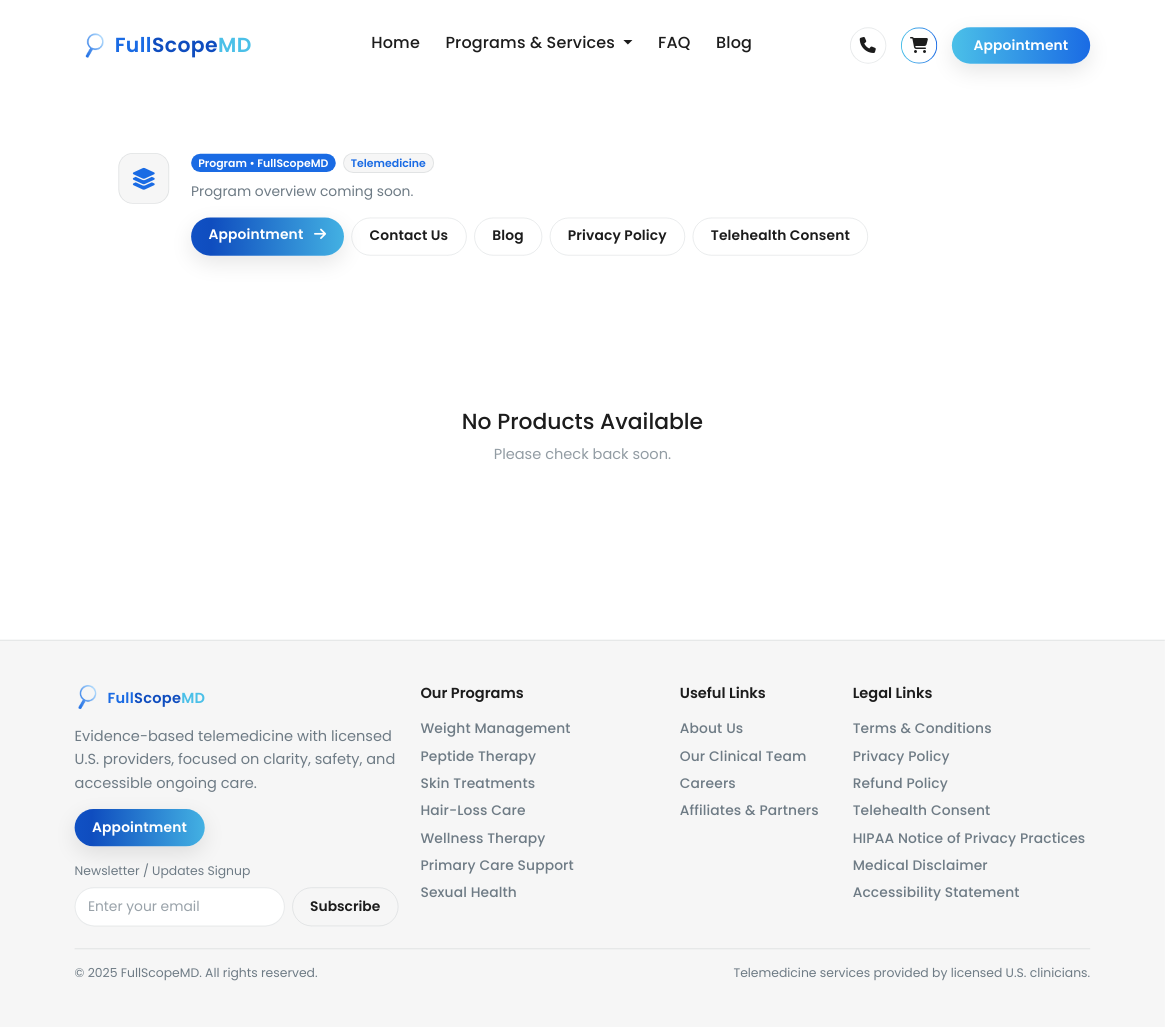
Repository: Jane-Li18/fullscopeMD
Page: app_fsMD/templates/category/prgrms_dtls.html
An editor plug-in stored every save of this project. The page is shown before and after the next save, followed by the edit.
The browser window is 1280 px wide. The pictures show the whole page, at 91% of full size.
The page is served by the project's application, run on Django 5.2 (manage.py). The page reads the database file committed with the project. The template is opened directly, without the code that normally fills it, so the values that code supplies are empty.

Above is the page before, as saved 2025-12-20 00:11:08.

After the next save:
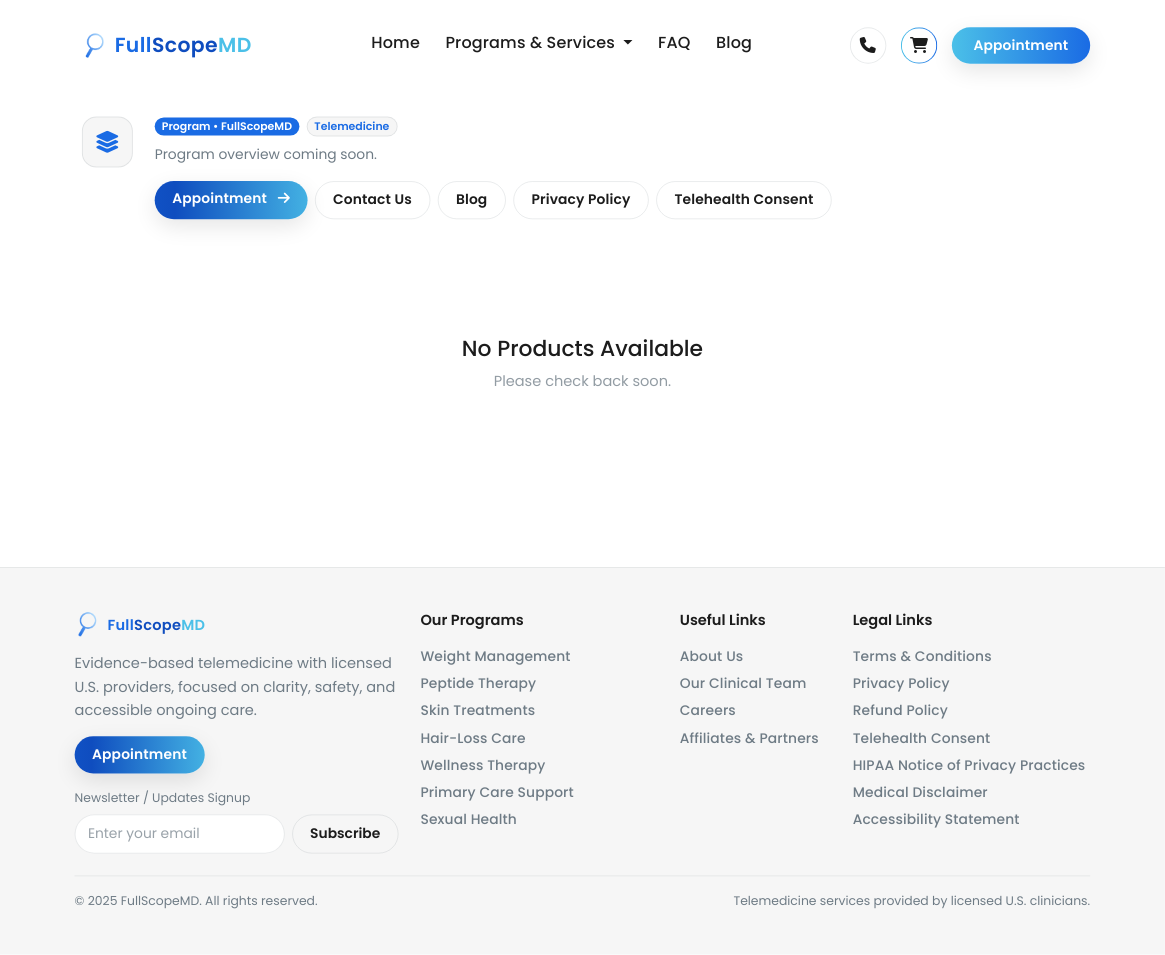
Saved 62 s later.
--- a/app_fsMD/templates/category/prgrms_dtls.html
+++ b/app_fsMD/templates/category/prgrms_dtls.html
@@ -10,7 +10,7 @@
 
     <div class="row justify-content-center mb-4">
       <div class="col-12 col-lg-12">
-        <div class="p-4 p-lg-5 bg-white fade-in-up fade-in delay-1 fade-blocked">
+        <div class="p-lg-2 -5 bg-white fade-in-up fade-in delay-1 fade-blocked">
           <div class="d-flex flex-column flex-md-row align-items-start gap-3 gap-lg-4">
 
             <div class="flex-shrink-0">

After the save that followed:
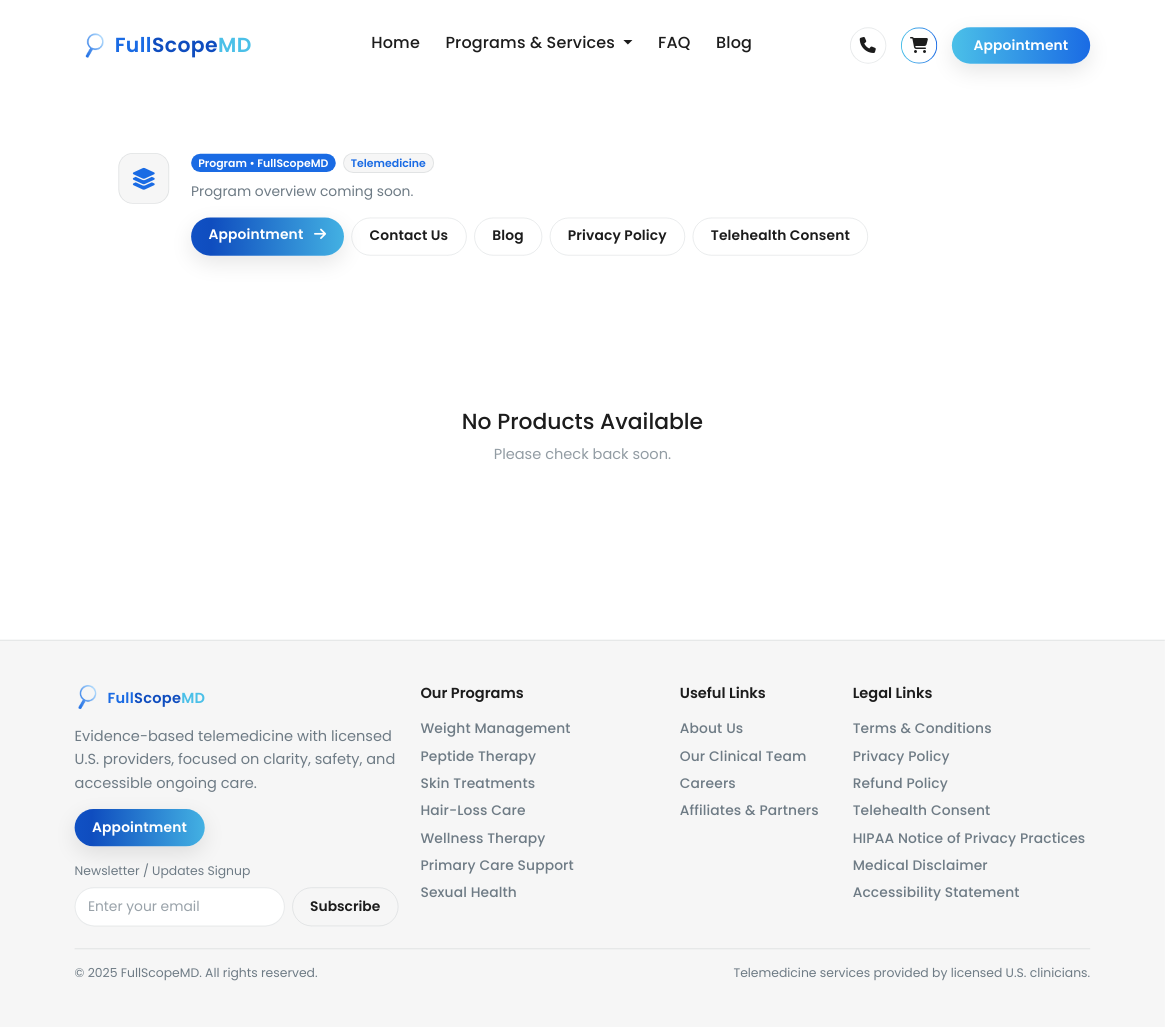
Saved 20 s later.
--- a/app_fsMD/templates/category/prgrms_dtls.html
+++ b/app_fsMD/templates/category/prgrms_dtls.html
@@ -10,7 +10,7 @@
 
     <div class="row justify-content-center mb-4">
       <div class="col-12 col-lg-12">
-        <div class="p-lg-2 -5 bg-white fade-in-up fade-in delay-1 fade-blocked">
+        <div class="p-lg-5 bg-white fade-in-up fade-in delay-1 fade-blocked">
           <div class="d-flex flex-column flex-md-row align-items-start gap-3 gap-lg-4">
 
             <div class="flex-shrink-0">
